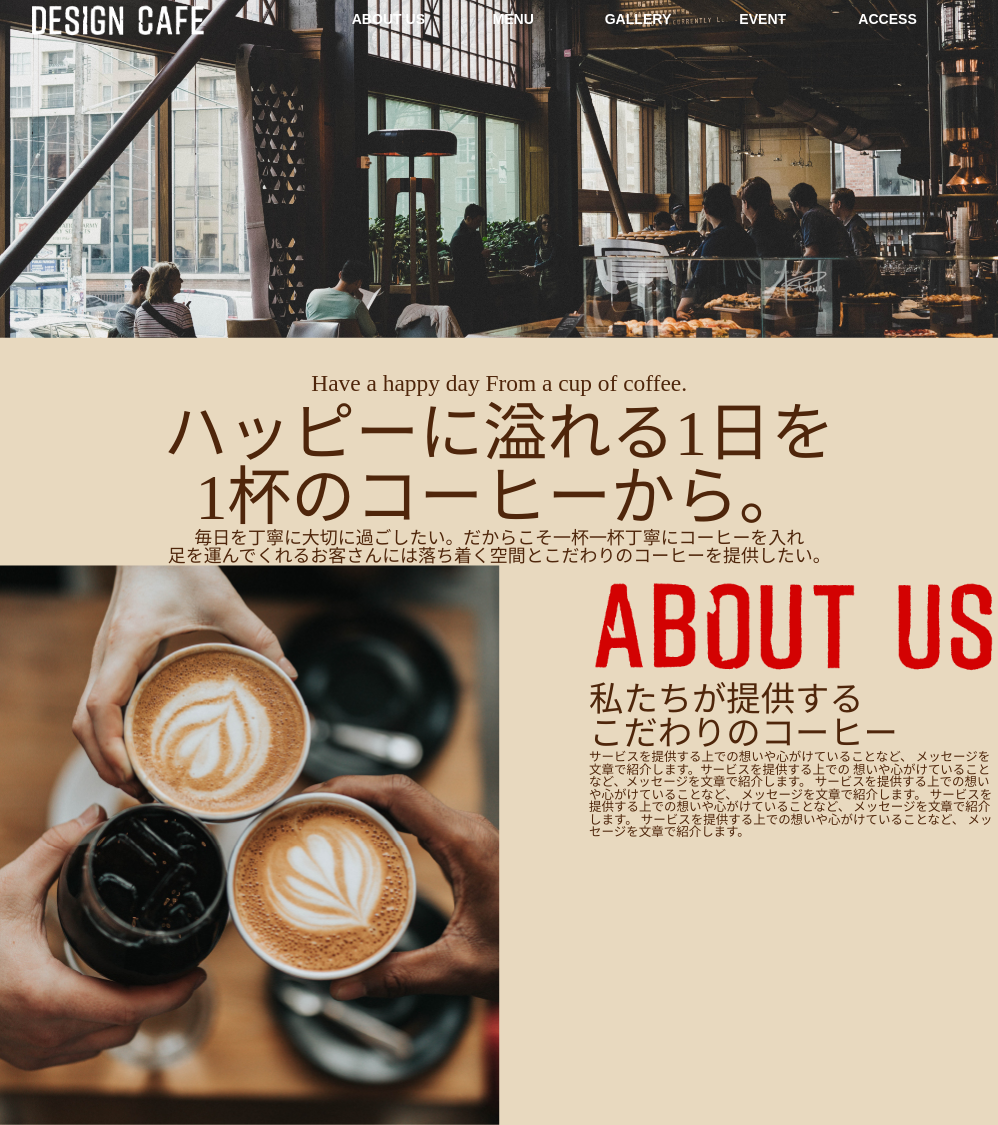
Repository: sonoyama01/dezasuta
Page: 第4回課題/index.html
These files come from the project's save history. The page is drawn as it stood at one moment and after the next save; the edit follows.
The browser window is 1280 px wide. The pictures show the whole page, at 78% of full size.

Above is the page before, as saved 2024-05-02 02:45:35.

### 第4回課題/index.html
<!DOCTYPE html>
<html lang="ja">

<head>
    <meta charset="UTF-8">
    <meta name="viewport" content="width=device-width, initial-scale=1.0">
    <title>Desing Cafe</title>
    <link rel="stylesheet" href="./css/style.css">
</head>

<body>
    <header>
        <div class="header_slide">
            <div>
                <img src="./images/pc_first-100.jpg" alt="店内の様子">
            </div>
        </div>
        <div class="header_wrap">
            <h1 class="header_logo">
                <img src="./images/design_cafe_logo_header@2x.png" alt="desind cafe">
            </h1>
            <nav class="pc_nav">
                <ul>
                    <li><a href="#about_us">ABOUT US</a></li>
                    <li><a href="#">MENU</a></li>
                    <li><a href="#">GALLERY</a></li>
                    <li><a href="#">EVENT</a></li>
                    <li><a href="#">ACCESS</a></li>
                </ul>
            </nav>
        </div>
    </header>
    <div class="catch_copy">
        <p class="catch_copy_ja"><span class="en">Have a happy day From a cup of coffee.</span><br>
            ハッピーに溢れる1日を<br>
            1杯のコーヒーから。</p><!-- /.catch_copy -->
        <p>毎日を丁寧に大切に過ごしたい。だからこそ一杯一杯丁寧にコーヒーを入れ<br>
            足を運んでくれるお客さんには落ち着く空間とこだわりのコーヒーを提供したい。</p>
    </div><!-- /.catch_copy -->

    <section id="about_us_fx">
        <div class="about_us">
            <div class="about_us_im"><img src="./images/pc_about-100.jpg" alt=""></div>
            <div class="about_us_text">
                <img src="./images/about_us@2x.png" alt="">
                <p class="abouot_us_concept">私たちが提供する<br>
                    こだわりのコーヒー</p><!-- /.abouot_us_concept -->
                <p class="about_us_texts">
                    サービスを提供する上での想いや心がけていることなど、
                    メッセージを文章で紹介します。サービスを提供する上での
                    想いや心がけていることなど、メッセージを文章で紹介します。
                    サービスを提供する上での想いや心がけていることなど、
                    メッセージを文章で紹介します。
                    サービスを提供する上での想いや心がけていることなど、
                    メッセージを文章で紹介します。
                    サービスを提供する上での想いや心がけていることなど、
                    メッセージを文章で紹介します。
                </p><!-- /.about_us_text -->
            </div>

        </div><!-- /.about_us -->
    </section><!-- /#about_us -->


</body>

</html>

### 第4回課題/css/style.css
@charset "utf-8";

/* cssリセット */

/*利用するタグによってこちらの内容は増やす*/

html,
body,
h1,
h2,
h3,
p,
dl,
dt,
dd,
ul,
li {
  margin: 0;
  padding: 0;
  line-height: 1;
  /*デフォルトの文字色、font-familyを予め当てておく*/
  color: #4f260b;
  font-family: "游明朝", YuMincho, "Hiragino Mincho ProN W3",
    "ヒラギノ明朝 ProN W3", "Hiragino Mincho ProN", "HG明朝E", "ＭＳ Ｐ明朝",
    "ＭＳ 明朝", serif;
}

a {
  /*下線を消す*/
  text-decoration: none;
  /*色を消す*/
  color: inherit;
  transition: 0.3s;
}

a:hover {
  opacity: 0.5;
}

ul {
  /*左の「・」を消す*/
  list-style: none;
}

img {
  max-width: 100%;
  width: 100%;
  height: auto;
  vertical-align: bottom;
  border: none;
}

body {
  background-color: #e8d9bf;
  font-size: 23px;
}

/* ヘッダー */
.pc_nav ul {
  display: flex;
  gap: 55px;
}

.pc_nav ul li {
  width: 105px;
  text-align: center;
  color: #ffffff;
  font-weight: bold;
  font-size: 18px;
  font-family: "Hiragino Sans W3", "Hiragino Kaku Gothic ProN",
    "ヒラギノ角ゴ ProN W3", "メイリオ", Meiryo, "ＭＳ Ｐゴシック", "MS PGothic",
    sans-serif;
}

.header_logo {
  width: 226px;
}

.header_wrap {
  display: flex;
  justify-content: space-between;
  align-items: center;
  padding: 0 7% 0 3%;
  position: absolute;
  top: 0;
  left: 0;
  width: 100%;
  box-sizing: border-box;
}

/* ============================
* キャッチコピー
* ========================= */
.catch_copy {
  text-align: center;
}
.en {
  font-size: 30px;
}
.catch_copy_ja {
  font-size: 82px;
}

/* ============================
* ABOUT US
* ========================= */
.about_us {
  display: flex;
  justify-content: space-between;
}
.about_us_im {
  width: 50%;
}
.abouot_us_concept {
  font-size: 44px;
}
.about_us_text {
  width: 41%;
}
.about_us_texts {
  font-size: 16px;
}

After the next save:
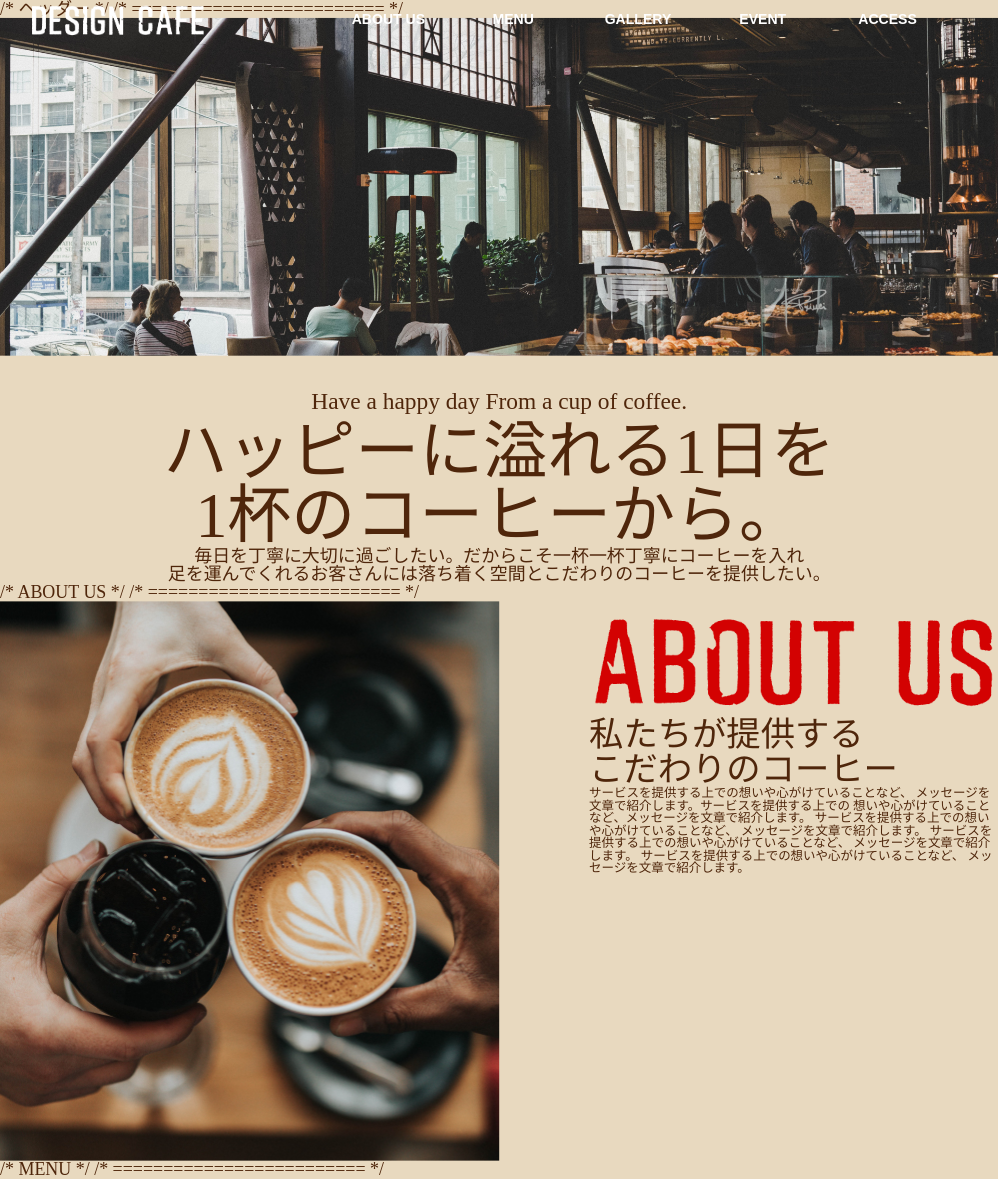
Saved 8 min 24 s later.
--- a/第4回課題/index.html
+++ b/第4回課題/index.html
@@ -9,6 +9,8 @@
 </head>
 
 <body>
+    /* ヘッダー */
+    /* ========================= */
     <header>
         <div class="header_slide">
             <div>
@@ -38,6 +40,8 @@
             足を運んでくれるお客さんには落ち着く空間とこだわりのコーヒーを提供したい。</p>
     </div><!-- /.catch_copy -->
 
+    /* ABOUT US */
+    /* ========================= */
     <section id="about_us_fx">
         <div class="about_us">
             <div class="about_us_im"><img src="./images/pc_about-100.jpg" alt=""></div>
@@ -61,6 +65,8 @@
         </div><!-- /.about_us -->
     </section><!-- /#about_us -->
 
+    /* MENU */
+    /* ========================= */
 
 </body>
 
